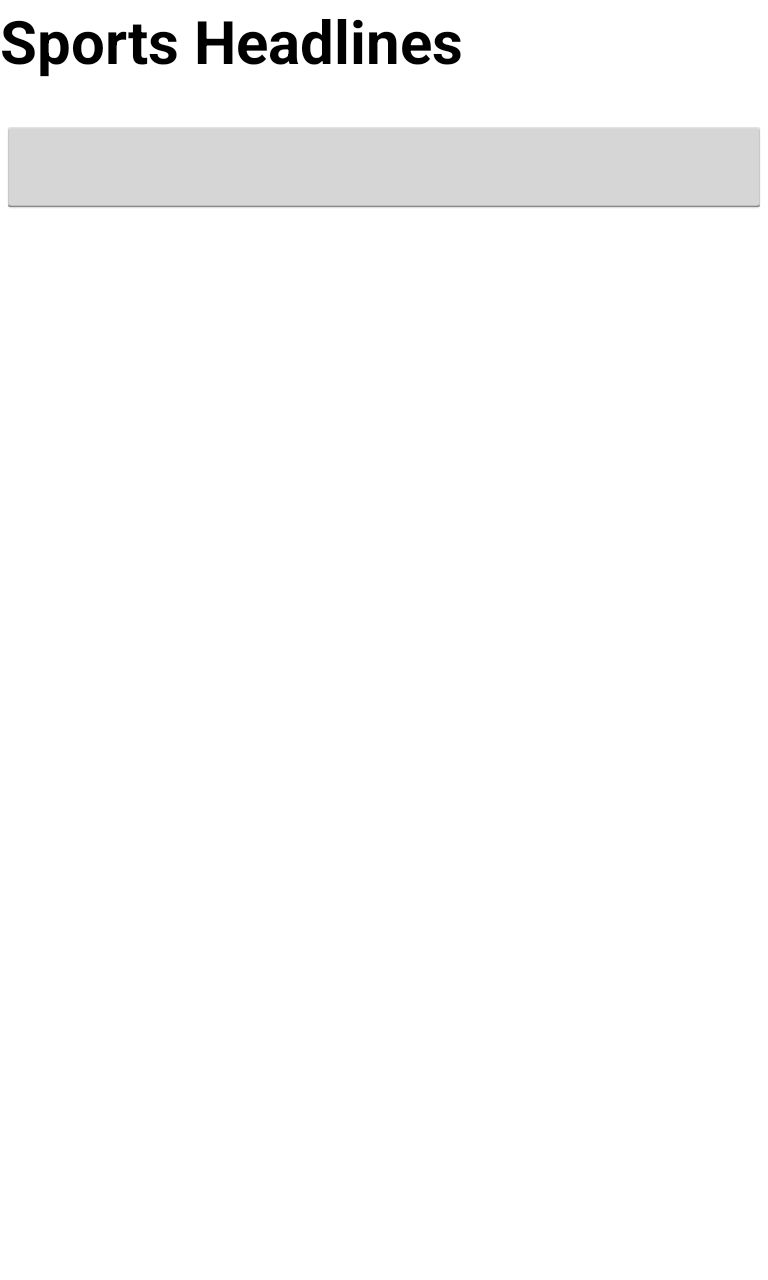
Repository: jbentley313/java2_Bentley2
Layout: sportsHeadlines/res/layout/activity_main.xml
The author's editor kept a copy of each file at every save. The layout is drawn from the files as they stood at one save, then again after the next save.
It is drawn on a 768 x 1280 px phone screen (xhdpi) without system bars, with theme AppTheme; the app's code is not run.

Above is the layout before, as saved 2014-01-08 01:53:21.

### sportsHeadlines/res/layout/activity_main.xml
<LinearLayout xmlns:android="http://schemas.android.com/apk/res/android"
    xmlns:tools="http://schemas.android.com/tools"
    android:layout_width="fill_parent"
    android:layout_height="wrap_content"
    android:orientation="vertical" >

    <TextView
        android:id="@+id/titleTextView"
        style="@style/TitleStyle"
        android:layout_width="match_parent"
        android:layout_height="wrap_content"
        android:text="@string/sports_headlines" />

    <TextView
        android:id="@+id/resultTextView"
        android:layout_width="match_parent"
        android:layout_height="wrap_content" />

    <Button
        android:id="@+id/firstButton"
        android:layout_width="fill_parent"
        android:layout_height="wrap_content" />

</LinearLayout>

### sportsHeadlines/res/values/styles.xml
<resources xmlns:android="http://schemas.android.com/apk/res/android">

    <!--
        Base application theme, dependent on API level. This theme is replaced
        by AppBaseTheme from res/values-vXX/styles.xml on newer devices.
    -->
    <style name="AppBaseTheme" parent="android:Theme.Light">
        <!--
            Theme customizations available in newer API levels can go in
            res/values-vXX/styles.xml, while customizations related to
            backward-compatibility can go here.
        -->
    </style>

    <!-- Application theme. -->
    <style name="AppTheme" parent="AppBaseTheme">
        <!-- All customizations that are NOT specific to a particular API-level can go here. -->
    </style>

    <style name="TitleStyle">
        <item name="android:textStyle">bold</item>
        <item name="android:textColor">@android:color/black</item>
        <item name="android:textSize">30sp</item>

    </style>

</resources>

### sportsHeadlines/res/values/strings.xml
<?xml version="1.0" encoding="utf-8"?>
<resources>

    <string name="app_name">sportsHeadlines</string>
    <string name="action_settings">Settings</string>
    <string name="hello_world">Hello world!</string>
    <string name="sports_headlines">Sports Headlines</string>

</resources>

Loaded but not shown: sportsHeadlines/res/values-v11/styles.xml (common file); sportsHeadlines/res/values-v14/styles.xml (common file)

After the next save:
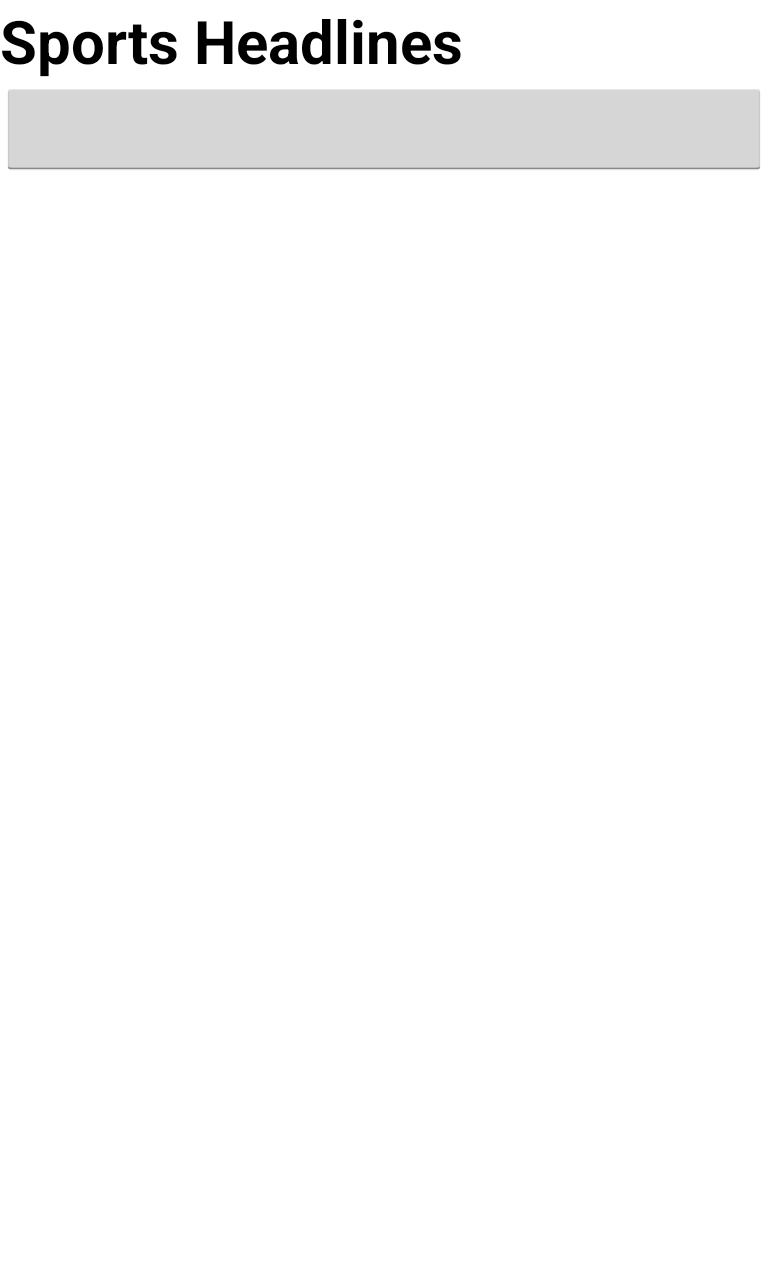
Saved 71 s later.
--- a/sportsHeadlines/res/layout/activity_main.xml
+++ b/sportsHeadlines/res/layout/activity_main.xml
@@ -11,14 +11,15 @@
         android:layout_height="wrap_content"
         android:text="@string/sports_headlines" />
 
-    <TextView
-        android:id="@+id/resultTextView"
-        android:layout_width="match_parent"
-        android:layout_height="wrap_content" />
 
     <Button
         android:id="@+id/firstButton"
         android:layout_width="fill_parent"
         android:layout_height="wrap_content" />
 
+    <TextView
+        android:id="@+id/resultTextView"
+        android:layout_width="match_parent"
+        android:layout_height="wrap_content" />
+
 </LinearLayout>
